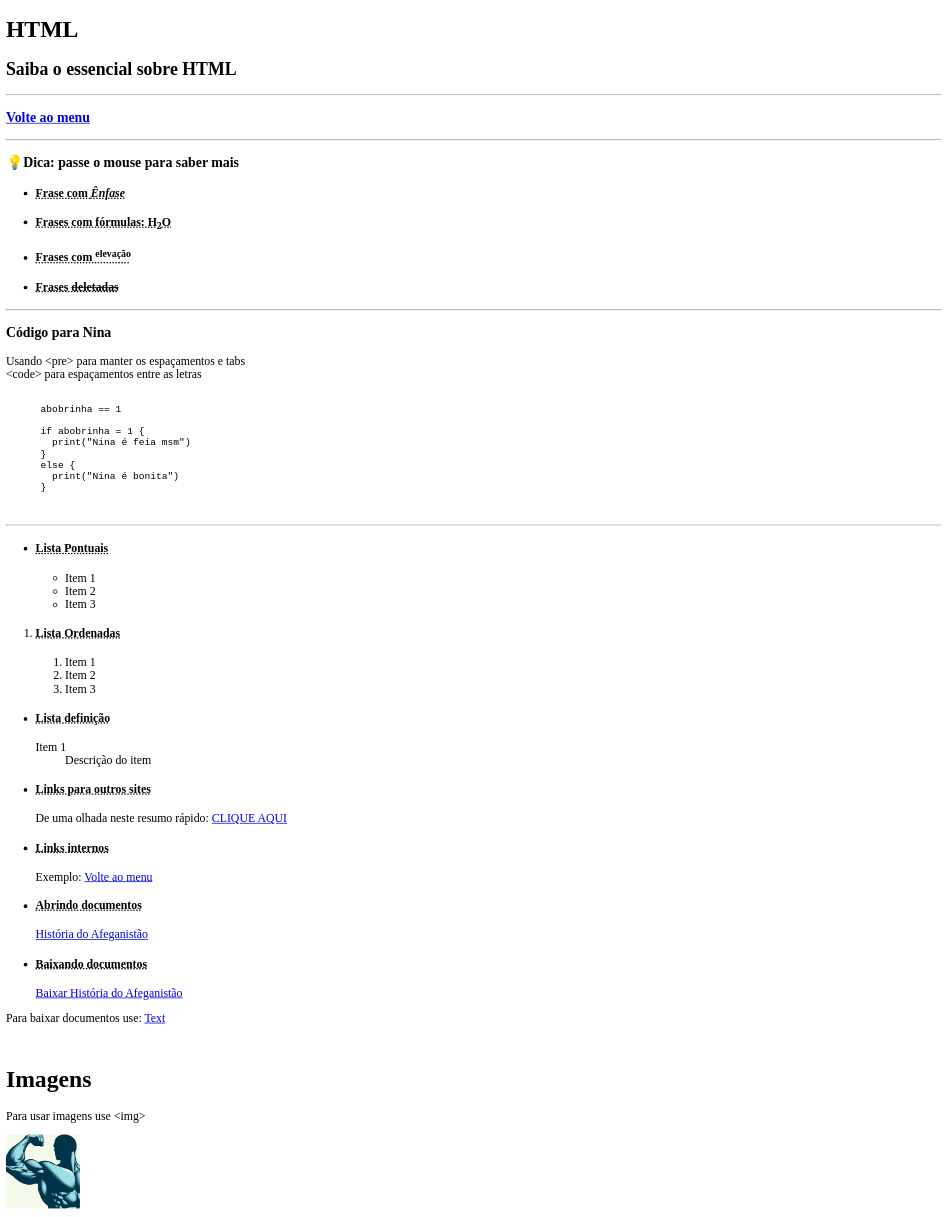
Repository: LuidyOn/Site_Forca_Total
Page: ForçaTotal/sobreHTML.html
The author's editor kept a copy of each file at every save. The page is drawn from the files as they stood at one save, then again after the next save.
The browser window is 1280 px wide. The pictures show the whole page, at 74% of full size.

Above is the page before, as saved 2025-05-15 21:08:05.

### ForçaTotal/sobreHTML.html
<!DOCTYPE html>
<html lang="pt-br">
<head>
  <meta charset="UTF-8">
  <meta name="viewport" content="width=device-width, initial-scale=1.0">
  <link rel="shortcut icon" href="img/icons/logo.ico" type="image/x-icon">
  <title>Testes Força total</title>
</head>
<body>
  <h1>HTML</h1>
  <h2>Saiba o essencial sobre HTML</h2>

  <hr>
  <h3><a href="index.html" rel="prev"> Volte ao menu</a></h3>
  <hr>

<h3>💡Dica: passe o mouse para saber mais</h3>

  <ul><li><h4> <abbr title="Para deixar uma frase com ênfase, usamos: <em> ">Frase com <em>Ênfase</em></h4> </abbr>
  </li></ul>

    <ul><li><h4><abbr title="Para utilizarmos frases 'baixas' ou fórmulas usamos: <sub></sub>"> Frases com fórmulas: H<sub>2</sub>O</abbr></h4> </li></ul>

  <ul><li><h4> <abbr title="Para utilizarmos frases com ênfase/superiores usamos: <sup></sup>">Frases com <sup>elevação</sup></h4> </abbr></li></ul>

  <ul><li><abbr title=" Para utilizarmos frases deletadas usamos: <del>"><h4>Frases <del>deletadas</del></h4></abbr></li></ul>

  <hr>

  <h3>Código para Nina</h3>
  <p>Usando &lt;pre&gt; para manter os espaçamentos e tabs <br> &lt;code&gt; para espaçamentos entre as letras</p>

  <p></p>

  <pre>
    <code>
      abobrinha == 1

      if abobrinha = 1 {
        print("Nina é feia msm")
      }
      else {
        print("Nina é bonita")
      }
    </code>
  </pre>

  <hr>

      <ul>
        <li>
          <abbr title="Para usar lista pontuadas use <ul>"> <h4>Lista Pontuais</h4> </abbr>
        </li>
          <ul>
            <li>Item 1</li>
            <li>Item 2</li>
            <li>Item 3</li>
          </ul>
      </ul>

      <ol>
        <li>
          <abbr title="Para usar lista ordenadas use <ol>"> <h4>Lista Ordenadas</h4> </abbr>
        </li>
          <ol>
            <li>Item 1</li>
            <li>Item 2</li>
            <li>Item 3</li>
          </ol>
      </ol>

          <ul>
            <li>
              <abbr title="Para usar uma lista de definição, use <dl> para agrupar os elementos(bloco), <dt> para o termo e <dd> para a descrição."> <h4>Lista definição</h4> </abbr>
              <dl>
                <dt>Item 1</dt>
                <dd>Descrição do item</dd>
              </dl>
            </li>
          </ul>

      <ul>
        <li><abbr title="dica → <a href='https...' target='_blank'></a> text </a>"><h4>Links para outros sites</h4></abbr>
        </li>
        <p>De uma olhada neste resumo rápido: <a href="https://www.youtube.com/watch?v=dQw4w9WgXcQ" target="_blank" rel="External"> CLIQUE AQUI </a></p>
      </ul>

      <ul>
        <li><abbr title="dica → <a href='caminho.html' rel='prev/next'></a>"><h4>Links internos</h4></abbr>
        </li>
        <p>Exemplo: <a href="index.html" rel="prev"> Volte ao menu</a></p>
      </ul>

      <ul>
        <li><abbr title="Para abrir documentos use: <a href='caminho.pdf' target='_blank'></a>"> <h4>Abrindo documentos</h4> </abbr>
        </li>
        <p><a href="Documentos/PDFs/GUERRA DO AFEGANISTÃO.pdf" target="_blank"> História do Afeganistão</a></p>
      </ul>

      <ul>
        <li><abbr title="Para abrir documentos use: <a href='caminho.pdf' target='_blank'></a>"> <h4>Baixando documentos</h4> </abbr>
        </li>
            <p><a href="Documentos/PDFs/GUERRA DO AFEGANISTÃO.pdf" target="_blank" download="Documentos/PDFs/GUERRA DO AFEGANISTÃO.pdf" type="application/pdf"> Baixar História do Afeganistão</a></p>
      </ul>













   Para baixar documentos use: <a href='<strong>caminho</strong>.pdf' download='caminho.pdf' type='application/pdf'> Text</a>

  <p><br></p>

  <h1>Imagens</h1>
  <p>Para usar imagens use &lt;img&gt;</p>
  <img src="img/parteSerior.png" alt="parte superior" style="width: 100px; height: 100px;">
</body>
</html>

After the next save:
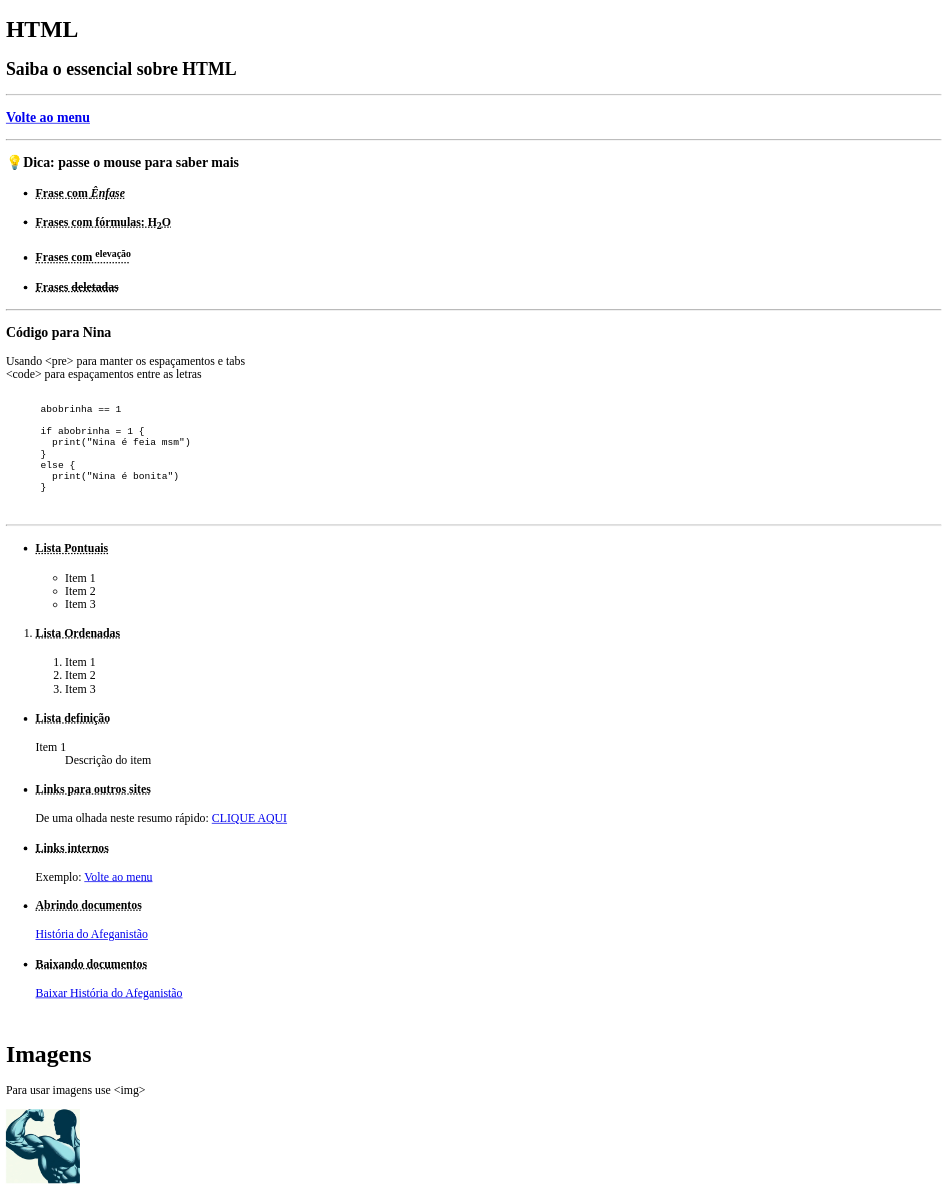
Saved 6 s later.
--- a/ForçaTotal/sobreHTML.html
+++ b/ForçaTotal/sobreHTML.html
@@ -115,7 +115,7 @@
 
 
 
-   Para baixar documentos use: <a href='<strong>caminho</strong>.pdf' download='caminho.pdf' type='application/pdf'> Text</a>
+
 
   <p><br></p>
 
